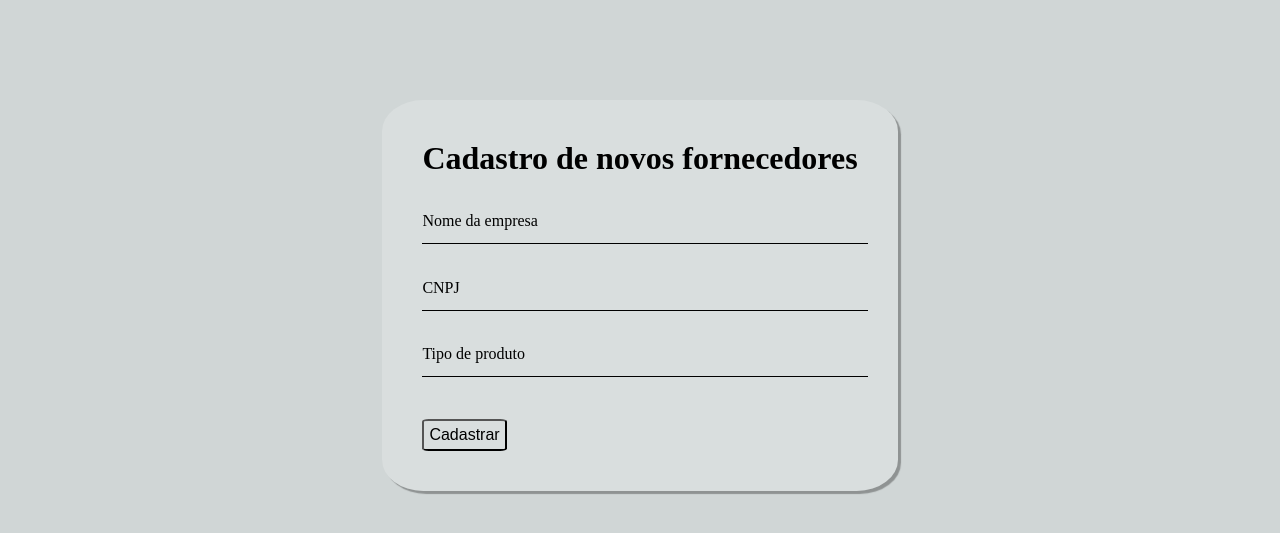
Repository: crisholiveira/speedlog
Page: http://localhost/cadastroDeFornecedor/
These files come from the project's save history. The page is drawn as it stood at one moment and after the next save; the edit follows.
The browser window is 1280 px wide. The pictures show the whole page.
The page is served by the project's Node server (app.js). Other server files are loaded and not shown.

Above is the page before, as saved 2022-01-16 16:31:45.

### views/cadFornecedor.ejs
<!DOCTYPE html>
<html lang="pt-br">
<head>
    <meta charset="UTF-8">
    <meta http-equiv="X-UA-Compatible" content="IE=edge">
    <meta name="viewport" content="width=device-width, initial-scale=1.0">
    <title>Cadastro de fornecedor</title>

    <link rel="stylesheet" href="/stylesheets/cadFornecedor.css">
<body>

    <div class="container">
        <div class="card">
            <h1>Cadastro de novos fornecedores</h1>

            <div class="label-float">
                <input type="text" name="nome" id="nome" placeholder=" ">
                <label for="nome">Nome da empresa</label>
            </div>

            <div class="label-float">
                <input type="number" name="sap" id="sap" placeholder=" ">
                <label for="sap">CNPJ</label>
            </div>

            <div class="label-float">
                <input type="email" name="email" id="email" placeholder=" ">
                <label for="email">Tipo de produto</label>
            </div>

            <div class="justfy-center">
                <button>Cadastrar</button>
            </div>

        </div>
    </div>

</body>
</html>

### app.js
var createError = require('http-errors');
var express = require('express');
var path = require('path');
var cookieParser = require('cookie-parser');
var logger = require('morgan');

var indexRouter = require('./routes/index');
var usersRouter = require('./routes/users');
var homeRouter = require('./routes/home');
var perfilRouter = require('./routes/perfil');
var requisicoesRouter = require('./routes/requisicoes');
var estoqueRouter = require('./routes/estoque');
var usuariosRouter = require('./routes/usuarios');
var produtosRouter = require('./routes/produtos');
var cadFornecedorRouter = require('./routes/cadFornecedor')


var app = express();

// view engine setup
app.set('views', path.join(__dirname, 'views'));
app.set('view engine', 'ejs');

app.use(logger('dev'));
app.use(express.json());
app.use(express.urlencoded({ extended: false }));
app.use(cookieParser());
app.use(express.static(path.join(__dirname, 'public')));

app.use('/', indexRouter);
app.use('/users', usersRouter);
app.use('/home', homeRouter);
app.use('/perfil', perfilRouter);
app.use('/requisicoes', requisicoesRouter);
app.use('/estoque', estoqueRouter);
app.use('/usuarios', usuariosRouter);
app.use('/produtos', produtosRouter);
app.use('/cadastroDeFornecedor', cadFornecedorRouter);

// catch 404 and forward to error handler
app.use(function(req, res, next) {
  next(createError(404));
});

// error handler
app.use(function(err, req, res, next) {
  // set locals, only providing error in development
  res.locals.message = err.message;
  res.locals.error = req.app.get('env') === 'development' ? err : {};

  // render the error page
  res.status(err.status || 500);
  res.render('error');
});

module.exports = app;

### controllers/cadFornecedorController.js
const cadFornecedorController = {
    index: (req, res) => {

        res.render('cadFornecedor')
    }
}
module.exports = cadFornecedorController;

### public/stylesheets/cadFornecedor.css
* {
    margin: 0;
    padding: 0;
}

body{ /*
    background-image: url(../img/fundo.jpg);
    background-repeat: no-repeat;
    background-size: cover;
    background-position: center;
    background-attachment: fixed; */
    background-color: rgb(208, 214, 214);
}

.container{
    display: flex;
    justify-content: center;
    width: 100%;
    margin-top: 100px;
}

.card{
    background-color: #ffffff30;
    padding: 40px;
    border-radius: 8%;
    box-shadow: 3px 3px 1px 0 #00000050;
}

h1{
    text-align: center;
    margin-bottom: 20px;
}

.label-float input{
    width: 100%;
    padding: 5px 5px;
    display: inline-block;
    border: 0;
    border-bottom: 1px solid #000;
    background-color: transparent;
    outline: none;
    min-width: 400px;
    font-size: 18px;
    transition: all .3s ease-out;
}

.label-float{
    position: relative;
    padding-top: 13px;
    margin-top: 5%;
    margin-bottom: 5%;
}

.label-float input:focus{
    border-bottom: 2px solid #000;
}

.label-float label{
    color: rgb(0, 0, 0);
    pointer-events: none;
    position: absolute;
    top: 0;
    left: 0;
    margin-top: 13px;
    transition: all .3s ease-out;
}

.label-float input:focus + label{
    font-size: 12px;
    margin-top: 0;
    color: black;
}

button{
    background-color: transparent;
    border-color: black;
    color: black;
    padding: 5px;
    font-size: 12pt;
    margin-top: 20px;
    border-radius: 8%;
    cursor: pointer;
    outline: node;
}

button:hover{
    background-color: rgb(27, 168, 81);
    color: white;
    transition: all .3s ease-out;
}

After the next save:
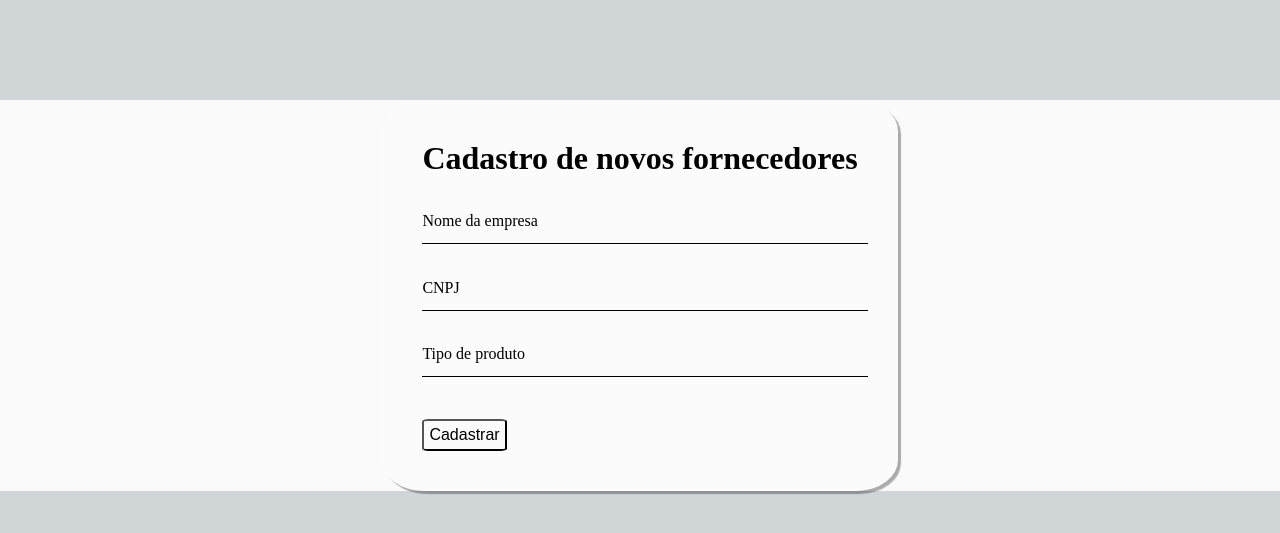
Saved 77 s later.
--- a/public/stylesheets/cadFornecedor.css
+++ b/public/stylesheets/cadFornecedor.css
@@ -13,6 +13,7 @@ body{ /*
 }
 
 .container{
+    background-color: rgb(250, 250, 250);
     display: flex;
     justify-content: center;
     width: 100%;
